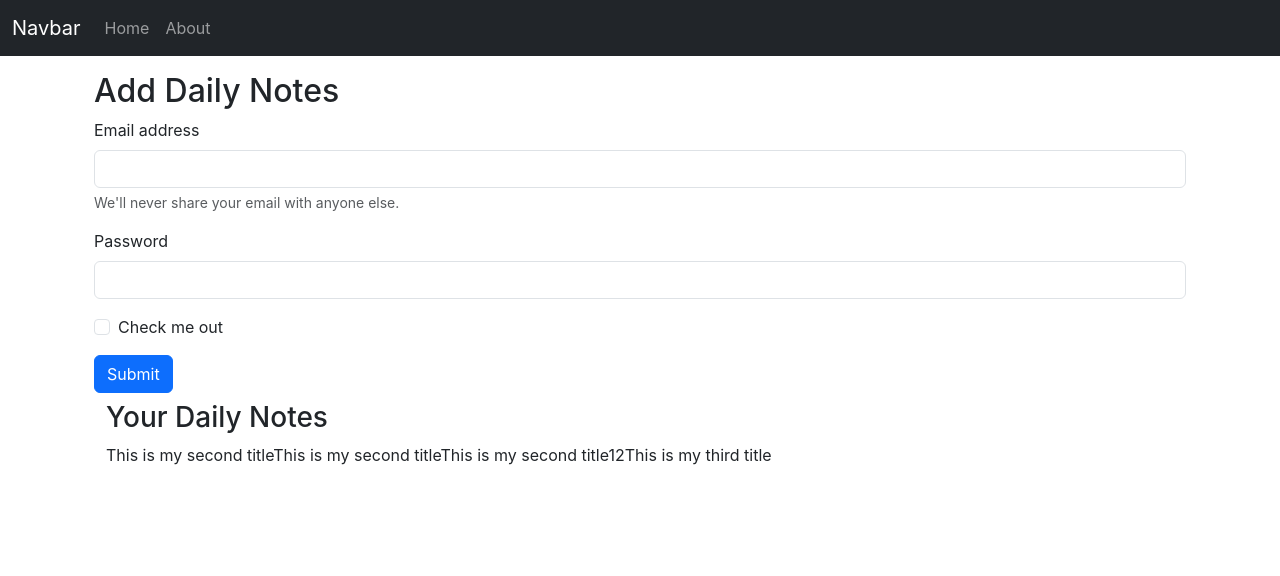
Repository: alphacode77/DailyNotes-react
Page: /
An editor plug-in stored every save of this project. The page is shown before and after a run of saves, followed by the edit.
The browser window is 1280 px wide. The pictures show the whole page.
The project was rebuilt for these pictures with package versions that can differ from the ones it lists, and the page was loaded fresh each time. Also part of the build but not shown: src/App.css, src/components/About.js.

Above is the page before, as saved 2023-02-25 00:28:49.

### src/App.js
import './App.css';
import Navbar from './components/Navbar';
import Home from './components/Home';
import About from './components/About';
import NoteState from './Context/Notes/NoteState';
import {
  BrowserRouter as Router,
  Route,
  Routes
} from "react-router-dom";

function App() {
  return (
    <>
    <NoteState>
    <Router>
      <Navbar/>
    <div className='container'>
    <Routes>
      <Route exact path="/" element={<Home/>} />
      <Route exact path="/home" element={<Home/>} />
      <Route exact path="/about" element={<About/>} />
      {/* <Route exactPath="/navbar" element={<Navbar/>} /> */}
    </Routes>
    </div>
  </Router>
  </NoteState>
    </>

  );
}

export default App;

### src/components/Navbar.js
import React, { useEffect }  from 'react'
import { Link , useLocation} from 'react-router-dom'

const Navbar = ()=>{
  let location = useLocation();
  useEffect(()=>{
console.log(location.pathname)
  },[location])
  return (
     <>
     <nav className="navbar navbar-expand-lg navbar-dark  bg-dark">
  <div className="container-fluid">
    <Link className="navbar-brand" to="/">Navbar</Link>
    <button className="navbar-toggler" type="button" data-bs-toggle="collapse" data-bs-target="#navbarSupportedContent" aria-controls="navbarSupportedContent" aria-expanded="false" aria-label="Toggle navigation">
      <span className="navbar-toggler-icon"></span>
    </button>
    <div className="collapse navbar-collapse" id="navbarSupportedContent">
      <ul className="navbar-nav me-auto mb-2 mb-lg-0">
        <li className="nav-item">
          <Link className={`nav-link  ${location.pathname==="/home"?"active":""}`} aria-current="page" to="/home">Home</Link>
        </li>
        <li className="nav-item">
          <Link className={`nav-link ${location.pathname==="/about"?"active":""}`} to="/about">About</Link>
        </li>
      </ul>
    </div>
  </div>
</nav>
     </>
    )
}

export default Navbar

### src/components/Home.js
import React from "react"
import Notes from "./Notes"

const Home =()=>{

    return(
        <>
        <div className="container my-3">
            <h2> Add Daily Notes</h2>
        <form className="my-2">
  <div class="mb-3">
    <label for="exampleInputEmail1" class="form-label">Email address</label>
    <input type="email" class="form-control" id="exampleInputEmail1" aria-describedby="emailHelp"/>
    <div id="emailHelp" class="form-text">We'll never share your email with anyone else.</div>
  </div>
  <div class="mb-3">
    <label for="exampleInputPassword1" class="form-label">Password</label>
    <input type="password" class="form-control" id="exampleInputPassword1"/>
  </div>
  <div class="mb-3 form-check">
    <input type="checkbox" class="form-check-input" id="exampleCheck1"/>
    <label class="form-check-label" for="exampleCheck1">Check me out</label>
  </div>
  <button type="submit" class="btn btn-primary">Submit</button>
</form>
<Notes/>
</div>

        </>
    )
}

export default Home

### src/Context/Notes/NoteState.js
import React,{useState} from "react";
import NoteContext from "./NoteContext"


const NoteState = (props)=>{
   const initalNotes= [
    {
      "_id": "63f3b6c7c686985aada677be",
      "user": "63f20b9a00ad623ad3d4dae2",
      "title": "This is my second title",
      "description": "Description of the second note",
      "tag": "demo check",
      "date": "2023-02-20T18:07:03.296Z",
      "__v": 0
    },
    {
      "_id": "63f3b892a3086ff244bcc267",
      "user": "63f20b9a00ad623ad3d4dae2",
      "title": "This is my second title",
      "description": "Description of the second note",
      "tag": "demo check",
      "date": "2023-02-20T18:14:42.184Z",
      "__v": 0
    },
    {
      "_id": "63f3b89ca3086ff244bcc26b",
      "user": "63f20b9a00ad623ad3d4dae2",
      "title": "This is my second title12",
      "description": "Description of the second note12",
      "tag": "demo check",
      "date": "2023-02-20T18:14:52.449Z",
      "__v": 0
    },
    {
      "_id": "63f49f58882156f0ed94969e",
      "user": "63f20b9a00ad623ad3d4dae2",
      "title": "This is my third title",
      "description": "Description of the third note",
      "tag": "personal",
      "date": "2023-02-21T10:39:20.800Z",
      "__v": 0
    }
  ]
  const [notes,setNotes]=useState(initalNotes)
    return (
        <NoteContext.Provider value={{notes,setNotes}}>
            {props.children}
        </NoteContext.Provider>

    )
}

export default NoteState;

### src/components/Notes.js
import React,{useContext} from 'react'
import NoteContext from '../Context/Notes/NoteContext'

function Notes() {
    const context=useContext(NoteContext)
    const{notes,setNotes} = context
  return (
<div className="container my-2">
    <h3>Your Daily Notes</h3>
    {notes.map((notes)=>{
        return notes.title
    })}
</div>
  )
}

export default Notes

### src/Context/Notes/NoteContext.js
import {createContext} from 'react'

const NoteContext = createContext();

export default NoteContext;

### src/components/Noteitem.js
import React from 'react'

const Noteitem=(props)=> {
  return (
    <div>
      {note.title}
      {note.description}
    </div>
  )
}

export default Noteitem

Loaded but not shown: public/index.html (common file); src/index.js (common file); src/index.css (common file)

After the next 3 saves:
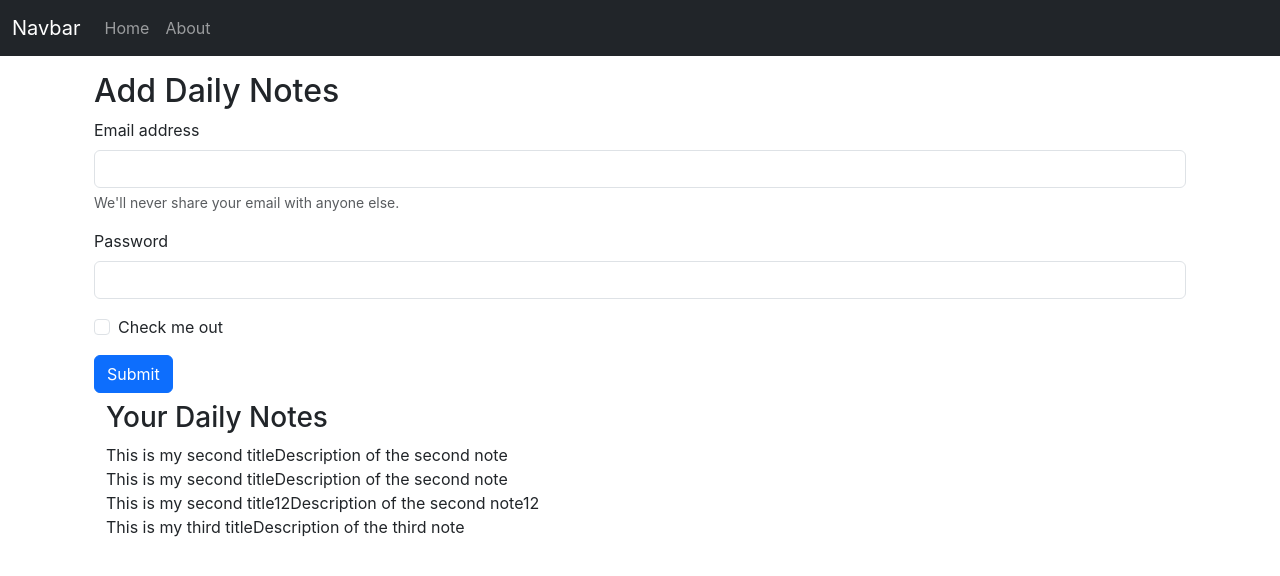
The 3 saves are shown as one change because 2 did not build or start.
The last was saved 2 min 3 s later.
--- a/src/components/Notes.js
+++ b/src/components/Notes.js
@@ -1,5 +1,6 @@
 import React,{useContext} from 'react'
 import NoteContext from '../Context/Notes/NoteContext'
+import Noteitem from "./Noteitem"
 
 function Notes() {
     const context=useContext(NoteContext)
@@ -8,7 +9,7 @@ function Notes() {
 <div className="container my-2">
     <h3>Your Daily Notes</h3>
     {notes.map((notes)=>{
-        return notes.title
+        return <Noteitem note={notes}/>
     })}
 </div>
   )
--- a/src/components/Noteitem.js
+++ b/src/components/Noteitem.js
@@ -1,6 +1,7 @@
 import React from 'react'
 
 const Noteitem=(props)=> {
+    const {note}=props
   return (
     <div>
       {note.title}
